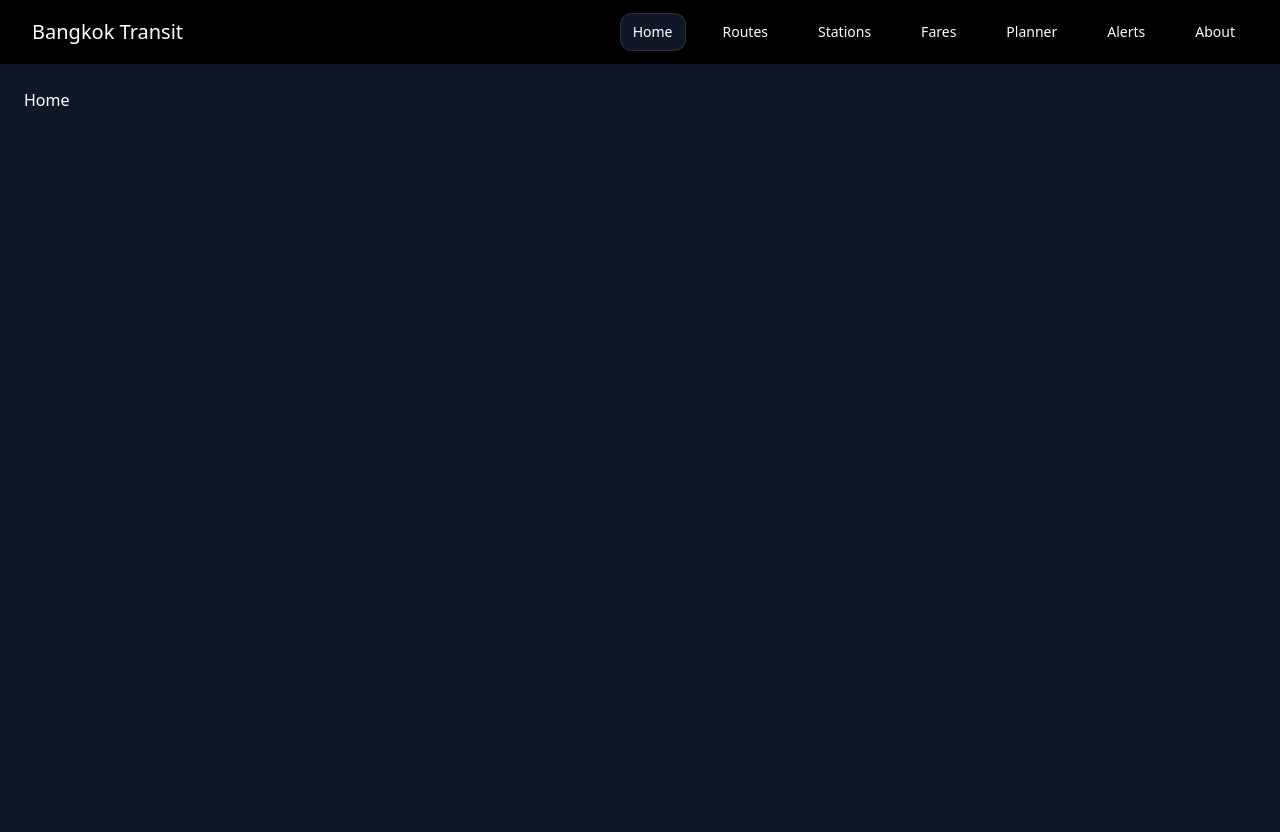
Repository: pyaestk/Bangkok-transit-map
Page: /
The author's editor kept a copy of each file at every save. The page is drawn from the files as they stood at one save, then again after the next save.
The browser window is 1280 px wide. The pictures show the whole page.
The project was rebuilt for these pictures with package versions that can differ from the ones it lists, and the page was loaded fresh each time. Also part of the build but not shown: vite.config.ts, src/pages/Planner.tsx, src/pages/Stations.tsx, src/pages/TrainRoutes.tsx, src/pages/Fares.tsx, src/pages/Alerts.tsx, src/pages/About.tsx.

Above is the page before, as saved 2025-10-04 09:22:43.

After the next save:
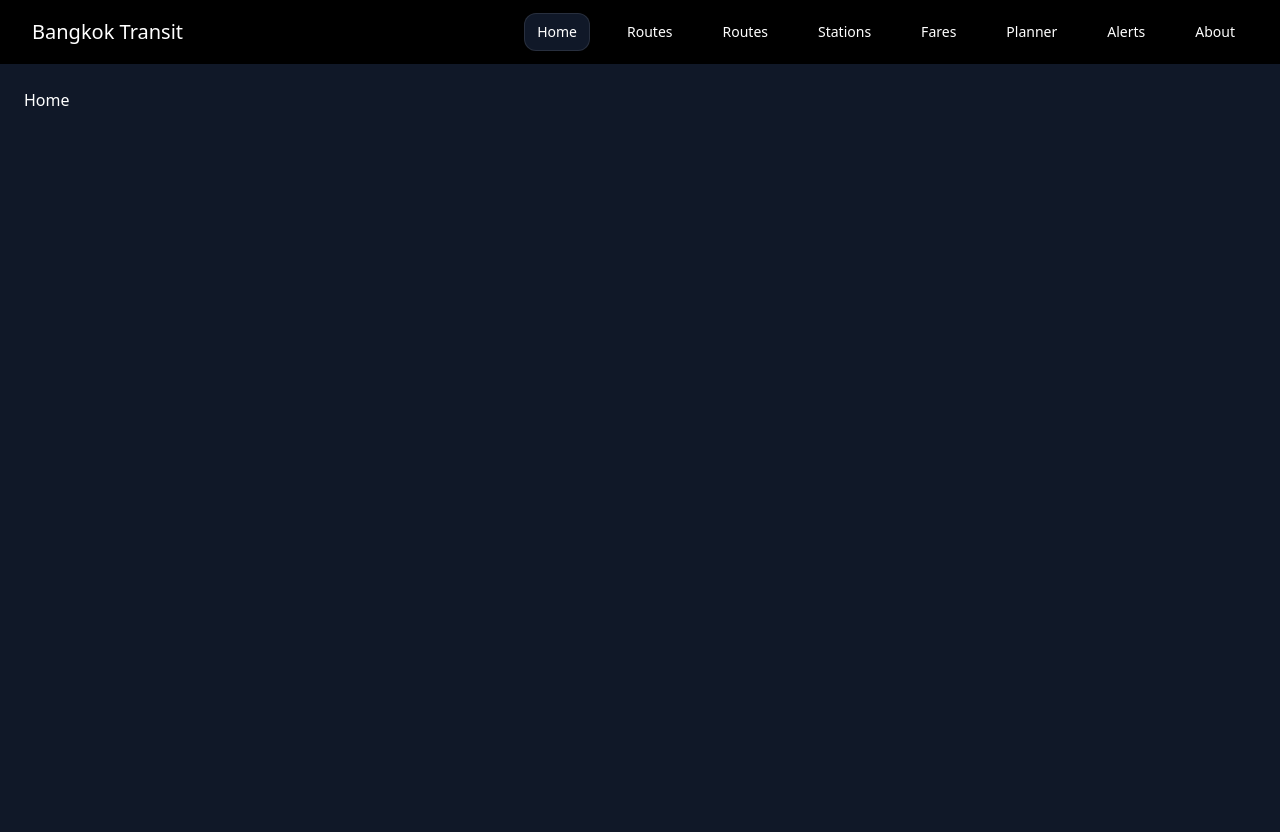
Saved 25 s later.
--- a/src/component/NavBar.tsx
+++ b/src/component/NavBar.tsx
@@ -11,6 +11,7 @@ function NavBar() {
   const links = [
     { to: "/", label: "Home" },
     { to: "/routes", label: "Routes" },
+        { to: "/routes", label: "Routes" },
     { to: "/stations", label: "Stations" },
     { to: "/fares", label: "Fares" },
     { to: "/planner", label: "Planner" },
